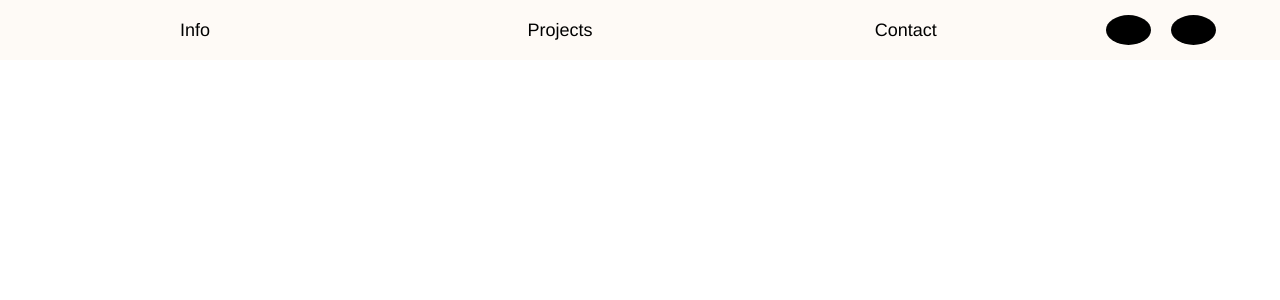
Repository: jinghuai8092/personal_website
Page: /
The author's editor kept a copy of each file at every save. The page is drawn from the files as they stood at one save, then again after the next save.
The browser window is 1280 px wide. The pictures show the whole page.
The project was rebuilt for these pictures with package versions that can differ from the ones it lists, and the page was loaded fresh each time.

Above is the page before, as saved 2021-09-09 20:36:08.

After the next save:
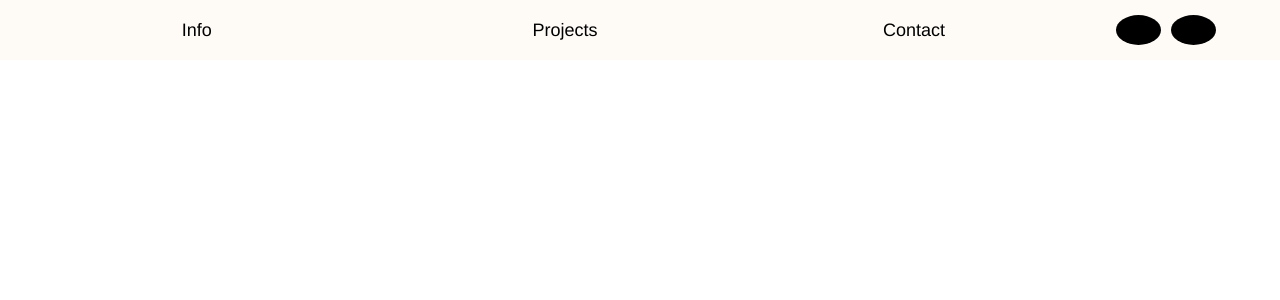
Saved 12 s later.
--- a/src/common/header/header.module.css
+++ b/src/common/header/header.module.css
@@ -36,12 +36,12 @@
     width: 45px;
     height: 30px;
     border-radius: 50%;
-    margin-right: 10px;
+    margin-right: 5px;
 }
 .eyesRight{
     background: black;
     width: 45px;
     height: 30px;
     border-radius: 50%;
-    margin-left: 10px;
+    margin-left: 5px;
 }
